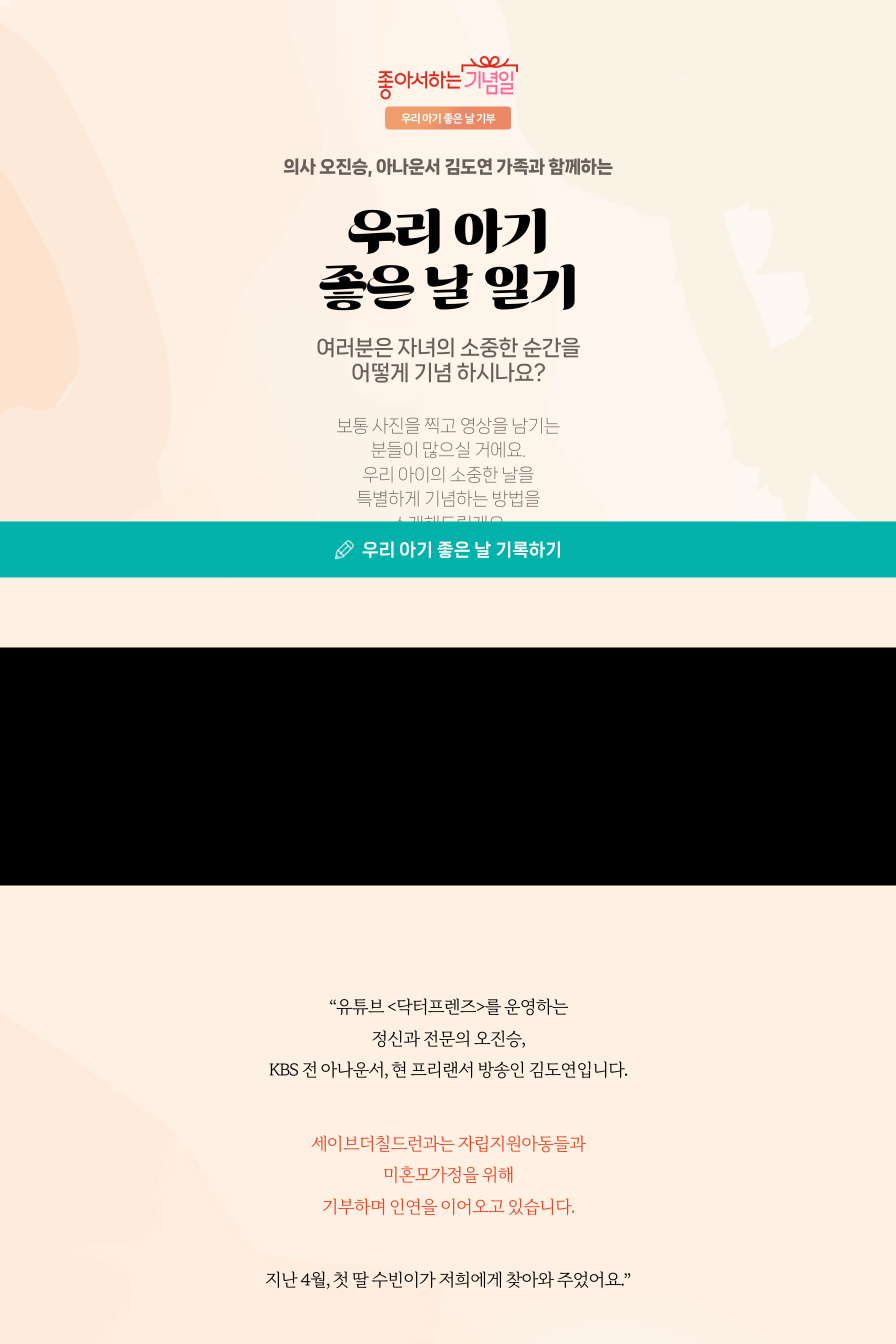
Repository: dlgywls1130/saveTheChildren_2024
Page: index.html
An editor plug-in stored every save of this project. The page is shown before and after the next save, followed by the edit.
The browser window is 1280 px wide. The pictures show the part of the page from y = 0 to 1920 px (the page is 18558 px tall before and 18528 px after), at 70% of full size.
Some web fonts or font styles are not loaded; a fallback is used. The style sheet was rebuilt from its Sass, Less or Tailwind sources for each picture, by a compiler version that may differ from the author's.

Above is the page before, as saved 2024-11-03 22:38:30.

After the next save:
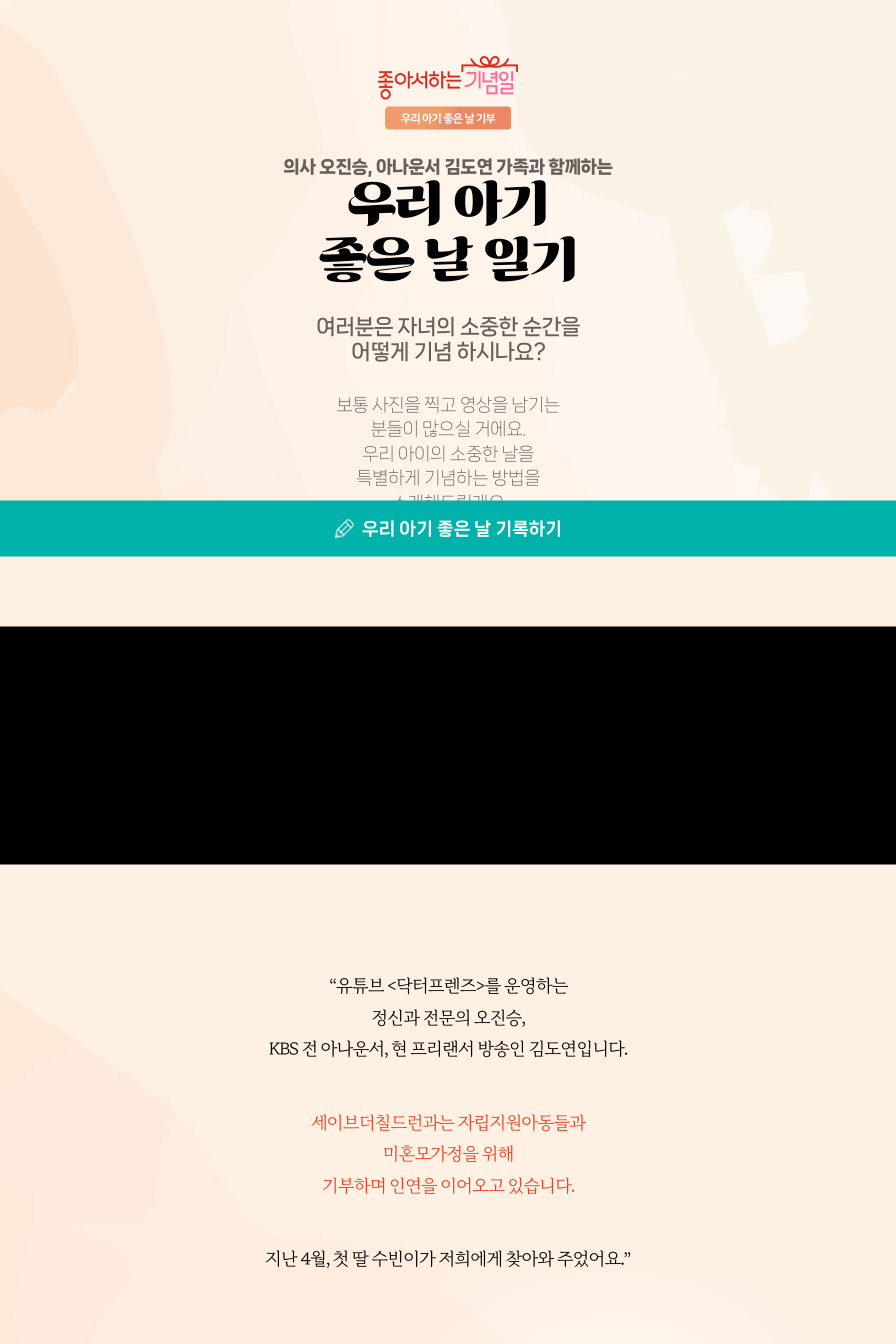
Saved 70 s later.
--- a/index.html
+++ b/index.html
@@ -18,11 +18,11 @@
                 <p>우리 아기 좋은 날 기부</p>
             </div>
 
-            <p class="sub_title mb-40">
+            <p class="sub_title mb-45">
                 의사 오진승, 아나운서 김도연 가족과 함께하는
             </p>
 
-            <h2 class="mb-30">우리 아기<br>좋은 날 일기</h2>
+            <h2 class="mb-40">우리 아기<br>좋은 날 일기</h2>
 
             <p class="sub_span_text mb-40">
                 여러분은 자녀의 소중한 순간을<br>
